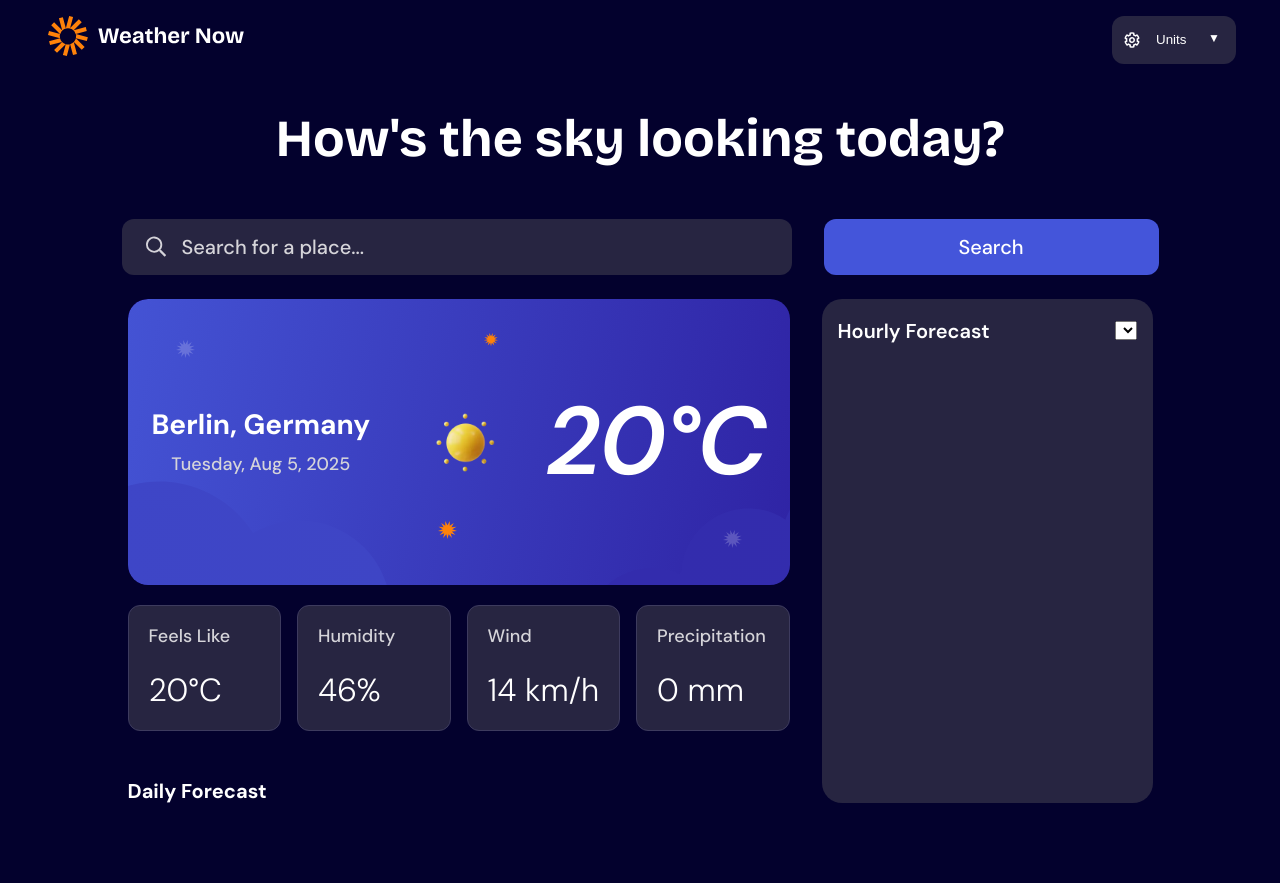
Repository: MKwaak/weather-app-main
Page: index.html
The author's editor kept a copy of each file at every save. The page is drawn from the files as they stood at one save, then again after the next save.
The browser window is 1280 px wide. The pictures show the whole page.
The page's requests for data from a server got no answer.

Above is the page before, as saved 2026-01-27 23:19:58.

After the next save:
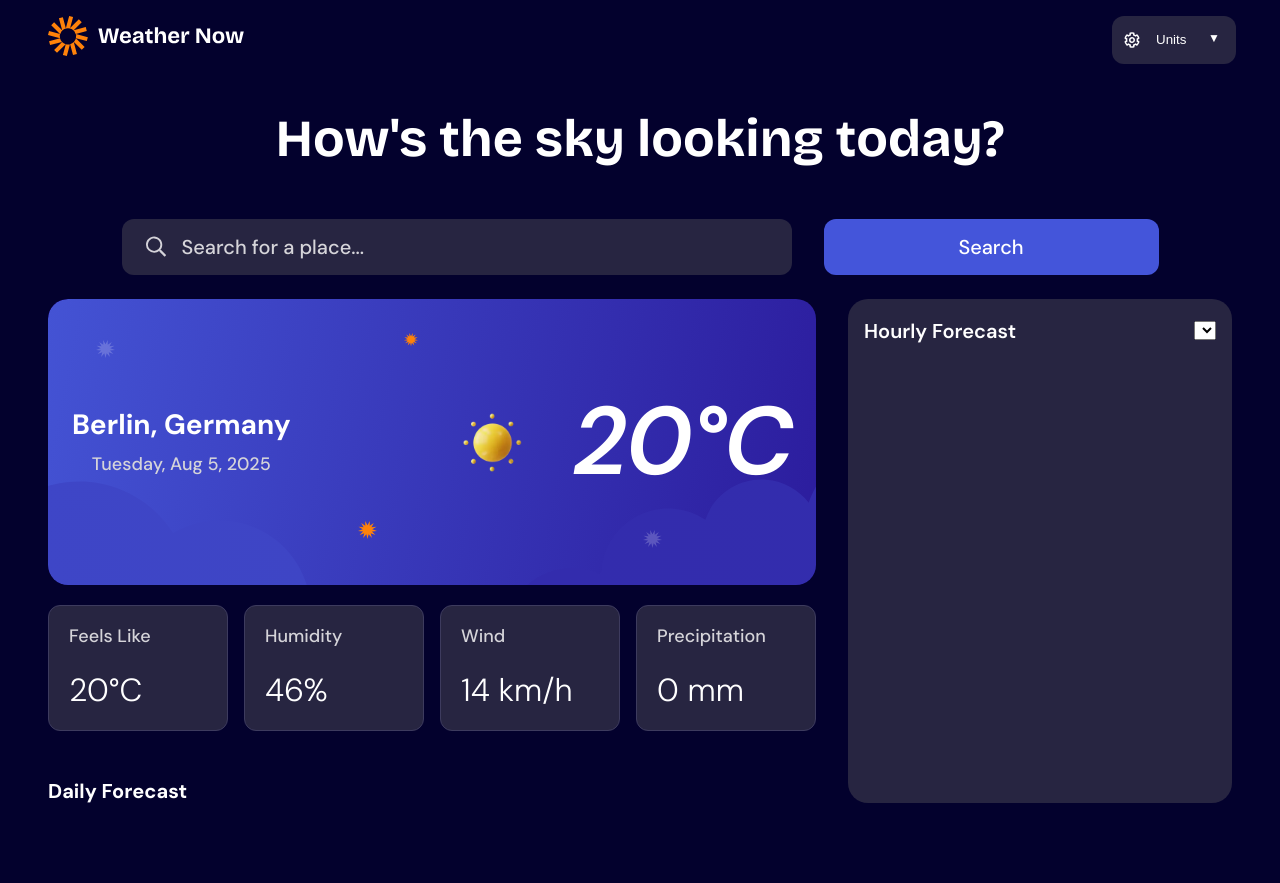
Saved 6 min 7 s later.
--- a/style.css
+++ b/style.css
@@ -619,9 +619,10 @@
 /* Dashboard wrapper */
 .dashboard {
   display: grid;
+  width: 100%; /* DIT zorgt dat hij niet 'ademt' met de tekst mee */
+  max-width: 1200px;
   row-gap: 24px; /* vertical spacing between panels */
   column-gap: 32px; /* horizontal spacing between columns */
-  max-width: 1200px; /* ✅ keeps dashboard centered and not full-width */
   margin: 0 auto; /* center horizontally */
   grid-template-areas:
     "current"
